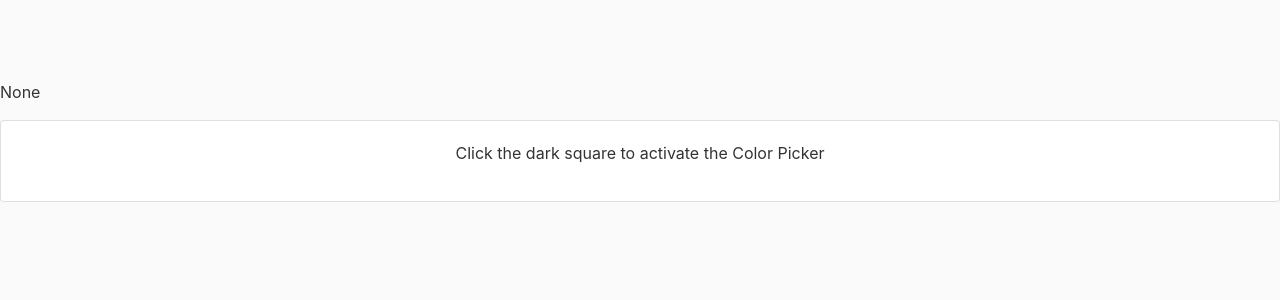
Repository: khanhdk0000/first_proj
Page: http://localhost/about
An editor plug-in stored every save of this project. The page is shown before and after the next save, followed by the edit.
The browser window is 1280 px wide. The pictures show the whole page.
Some web libraries are served in a nearby version. The page is served by the project's application, run on Flask 3 (flaskblog.py).

Above is the page before, as saved 2021-05-25 11:27:26.

### templates/about.html
{% extends "layout.html" %} {% block content %}
<p>{{ var}}</p>
<div class="card">
  <div
    class="
      card-body
      text-center
      d-flex
      justify-content-center
      align-items-center
      flex-column
    "
  >
    <p>Click the dark square to activate the Color Picker</p>
    <div id="color-picker-1" class="mx-auto"></div>
  </div>
</div>
{% endblock content %}

### templates/layout.html
<!DOCTYPE html>
<html>
  <head>
    <!-- Required meta tags -->
    <meta charset="utf-8" />
    <meta
      name="viewport"
      content="width=device-width, initial-scale=1, shrink-to-fit=no"
    />

    <!-- Bootstrap CSS -->
    <link
      rel="stylesheet"
      href="https://maxcdn.bootstrapcdn.com/bootstrap/4.0.0/css/bootstrap.min.css"
      integrity="sha384-Gn5384xqQ1aoWXA+058RXPxPg6fy4IWvTNh0E263XmFcJlSAwiGgFAW/dAiS6JXm"
      crossorigin="anonymous"
    />

    <link
      rel="stylesheet"
      type="text/css"
      href="{{ url_for('static', filename='main.css') }}"
    />

    {% if title %}
    <title>Flask Blog - {{ title }}</title>
    {% else %}
    <title>Flask Blog</title>
    {% endif %}
  </head>
  <body>
    {% block content %}{% endblock %}

    <!-- Optional JavaScript -->
    <!-- jQuery first, then Popper.js, then Bootstrap JS -->
    <script
      src="https://code.jquery.com/jquery-3.2.1.slim.min.js"
      integrity="sha384-KJ3o2DKtIkvYIK3UENzmM7KCkRr/rE9/Qpg6aAZGJwFDMVNA/GpGFF93hXpG5KkN"
      crossorigin="anonymous"
    ></script>
    <script
      src="https://cdnjs.cloudflare.com/ajax/libs/popper.js/1.12.9/umd/popper.min.js"
      integrity="sha384-ApNbgh9B+Y1QKtv3Rn7W3mgPxhU9K/ScQsAP7hUibX39j7fakFPskvXusvfa0b4Q"
      crossorigin="anonymous"
    ></script>
    <script
      src="https://maxcdn.bootstrapcdn.com/bootstrap/4.0.0/js/bootstrap.min.js"
      integrity="sha384-JZR6Spejh4U02d8jOt6vLEHfe/JQGiRRSQQxSfFWpi1MquVdAyjUar5+76PVCmYl"
      crossorigin="anonymous"
    ></script>
    <!-- MDB -->
    <script
      type="text/javascript"
      src="https://cdnjs.cloudflare.com/ajax/libs/mdb-ui-kit/3.5.0/mdb.min.js"
    ></script>
  </body>
</html>

### flaskblog.py
from flask import Flask, render_template, url_for, request
app = Flask(__name__)


posts = [
    {
        'author': 'Corey Schafer',
        'title': 'Blog Post 1',
        'content': 'First post content',
        'date_posted': 'April 20, 2018'
    },
    {
        'author': 'Jane Doe',
        'title': 'Blog Post 2',
        'content': 'Second post content',
        'date_posted': 'April 21, 2018'
    }
]

@app.route('/')
@app.route('/home')
def hello_world():
    return render_template('home.html', posts=posts, title='Hey')

@app.route('/about')
def about():
    my_var = request.args.get('my_var', None)
    return render_template('about.html', posts=posts, var=my_var)

if __name__ == '__main__':
    app.run(debug=True)

### static/main.css
body {
    background: #fafafa;
    color: #333333;
    margin-top: 5rem;
    height: 100%;
  }

  h1, h2, h3, h4, h5, h6 {
    color: #444444;
  }

  .bg-steel {
    background-color: #5f788a;
  }

  .site-header .navbar-nav .nav-link {
    color: #cbd5db;
  }

  .site-header .navbar-nav .nav-link:hover {
    color: #ffffff;
  }

  .site-header .navbar-nav .nav-link.active {
    font-weight: 500;
  }

  .content-section {
    background: #ffffff;
    padding: 10px 20px;
    border: 1px solid #dddddd;
    border-radius: 3px;
    margin-bottom: 20px;
  }

  .article-title {
    color: #444444;
  }

  a.article-title:hover {
    color: #428bca;
    text-decoration: none;
  }

  .article-content {
    white-space: pre-line;
  }

  .article-img {
    height: 65px;
    width: 65px;
    margin-right: 16px;
  }

  .article-metadata {
    padding-bottom: 1px;
    margin-bottom: 4px;
    border-bottom: 1px solid #e3e3e3
  }

  .article-metadata a:hover {
    color: #333;
    text-decoration: none;
  }

  .article-svg {
    width: 25px;
    height: 25px;
    vertical-align: middle;
  }

  .account-img {
    height: 125px;
    width: 125px;
    margin-right: 20px;
    margin-bottom: 16px;
  }

  .account-heading {
    font-size: 2.5rem;
  }

  .vertical-center {
    min-height: 100%;  /* Fallback for browsers do NOT support vh unit */
    min-height: 100vh; /* These two lines are counted as one :-)       */

    justify-content:center;
    display: flex;
    align-items: center;
  }

After the next save:
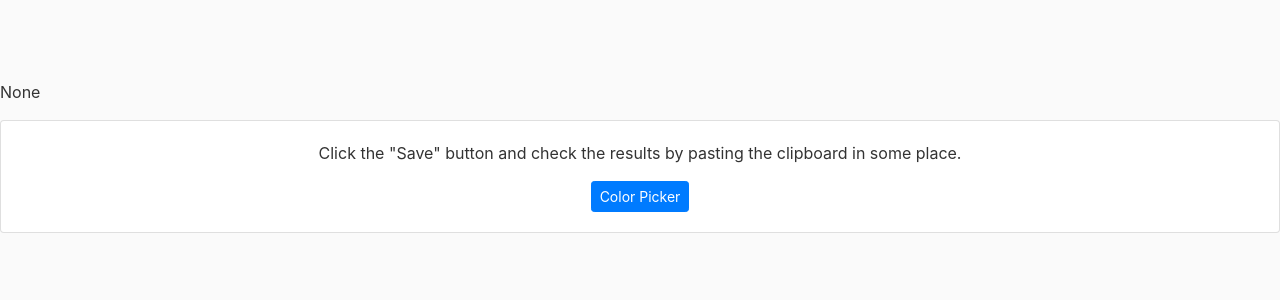
Saved 44 s later.
--- a/templates/about.html
+++ b/templates/about.html
@@ -1,18 +1,9 @@
 {% extends "layout.html" %} {% block content %}
 <p>{{ var}}</p>
 <div class="card">
-  <div
-    class="
-      card-body
-      text-center
-      d-flex
-      justify-content-center
-      align-items-center
-      flex-column
-    "
-  >
-    <p>Click the dark square to activate the Color Picker</p>
-    <div id="color-picker-1" class="mx-auto"></div>
+    <div class="card-body text-center d-flex justify-content-center align-items-center flex-column">
+      <p>Click the "Save" button and check the results by pasting the clipboard in some place.</p>
+      <button id="color-picker-5" class="btn btn-primary btn-sm">Color Picker</button>
+    </div>
   </div>
-</div>
 {% endblock content %}
